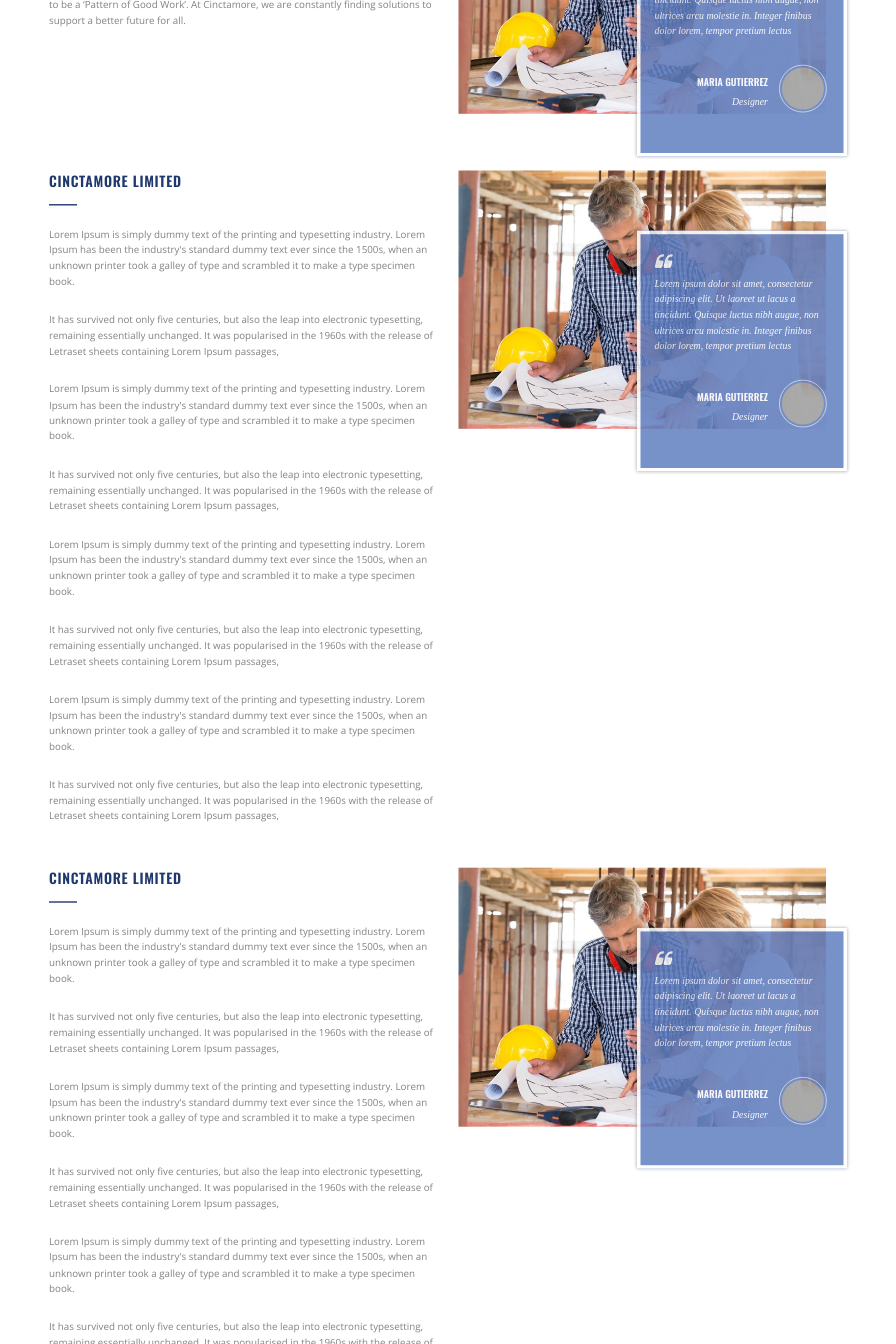
Repository: techieaccl/techieaccl.github.io
Page: about-us.html
These files come from the project's save history. The page is drawn as it stood at one moment and after the next save; the edit follows.
The browser window is 1280 px wide. The pictures show the part of the page from y = 591 to 2511 px (the page is 3313 px tall before and 2767 px after), at 70% of full size.
Pictures or frames that could not be fetched are drawn as grey boxes. Some web fonts or font styles are not loaded; a fallback is used.

Above is the page before, as saved 2021-09-08 20:39:14.

### about-us.html
<!DOCTYPE html>
<html>
    <head>
		<title>About Us</title>
		<meta charset="utf-8">
		<meta name="viewport" content="width=device-width, initial-scale=1.0, maximum-scale=1.0, user-scalable=no">
		<meta name="format-detection" content="telephone=no">
		<meta name="apple-mobile-web-app-capable" content="yes">
		<!-- Fonts-->
		<link rel="stylesheet" type="text/css" href="assets/fonts/fontawesome/font-awesome.min.css">
		<link rel="stylesheet" type="text/css" href="assets/fonts/pe-icon/pe-icon.css">
		<!-- Vendors-->
		<link rel="stylesheet" type="text/css" href="assets/vendors/bootstrap/grid.css">
		<link rel="stylesheet" type="text/css" href="assets/vendors/magnific-popup/magnific-popup.min.css">
		<link rel="stylesheet" type="text/css" href="assets/vendors/swiper/swiper.css">
		<!-- App & fonts-->
		<link rel="stylesheet" type="text/css" href="https://fonts.googleapis.com/css?family=Open+Sans:400,700|Oswald:400,600|Playfair+Display:400i">
		<link rel="stylesheet" type="text/css" href="assets/css/main.css"><!--[if lt IE 9]>
			<script src="https://oss.maxcdn.com/libs/html5shiv/3.7.0/html5shiv.js"></script>
		<![endif]-->
	</head>

    <body>
                <!-- preload -->
				<div class="preload" id="preload">
					<div class="cssload-spin-box"></div>
				</div><!-- End / preload -->


        <div class="page-wrap">
            <!-- header -->
			<header class="header header-fixheight header--fixed">
				<div class="container">
					<div class="header__inner">
						<div class="header-logo">
							<!-- <a href="home.html"><img src="assets/img/logo_white.png" alt=""/></a> -->
							<h1><strong>Cinctamore </strong></h1>
						</div>
						<!-- raising-menu -->
                        <ul class="raising-menu-generic">
                            <li><a href="index.html">Back To Home</a>
                            </li>
                        </ul><!-- raising-menu -->

					</div>
				</div>
			</header><!-- End / header -->

            <!-- Content-->
			<div class="md-content">

                <!-- Section -->
				<section class="md-section">
					<div class="container">
						<div class="row">
							<div class="col-lg-8 col-xs-offset-0 col-sm-offset-0 col-md-offset-0 col-lg-offset-2 ">

								<!-- sec-title -->
								<div class="sec-title sec-title__lg-title md-text-center">
									<br><br>
									<h2 class="sec-title__title">About Us</h2><span class="sec-title__divider"></span>
								</div><!-- End / sec-title -->

							</div>
						</div>
					</div>
				</section>

				<!-- Section -->
				<section class="md-section" style="background-color:#fff;padding:60px 0;">
					<div class="container">
						<div class="row">
							<div class="col-lg-6 ">
								<div class="mb-30">

									<!-- sec-title -->
									<div class="sec-title sec-title__lg-title">
										<h2 class="sec-title__title"><span>Our Name</span></h2><span class="sec-title__divider"></span>
									</div><!-- End / sec-title -->
									<p>Cinctamore - a combined word of “cincta (surrounded, encircled, crowned, girded, enclosed)” and “amore (love)” means “surrounded by love.”</p><br>
									<p>Our name reflects our belief that, the greatest of what is possible can only be achieved when what we do as a team is surrounded with love. In all we do, we strive to be a ‘Pattern of Good Work’.
									 <span>At Cinctamore, we are constantly finding solutions to support a better future for all. </span></span></p><br>
								</div>
							</div>
							<div class="col-lg-6 ">

								<!-- about -->
								<div class="about"><img src="assets/img/about/2.jpg" alt=""/>

									<!-- quote-02 -->
									<blockquote class="quote-02 about-quote">
										<p class="quote-02__text">Lorem ipsum dolor sit amet, consectetur adipiscing elit. Ut laoreet ut lacus a tincidunt. Quisque luctus nibh augue, non ultrices arcu molestie in. Integer finibus dolor lorem, tempor pretium lectus</p>

										<!-- authorbox -->
										<div class="authorbox">
											<div class="authorbox__avartar" style="background-image: url(https://unsplash.it/800);"><img src="https://unsplash.it/800" alt=""/></div>
											<div class="authorbox__info">
												<h5 class="authorbox__name">Maria Gutierrez</h5>
												<p class="authorbox__work">Designer</p>
											</div>
										</div><!-- End / authorbox -->

									</blockquote><!-- End / quote-02 -->

								</div><!-- End / about -->

							</div>
						</div>
						<div class="row">
							<div class="col-lg-6 ">
								<div class="mb-30">

									<!-- sec-title -->
									<div class="sec-title sec-title__lg-title">
										<h2 class="sec-title__title"><span>Cinctamore Limited</span></h2><span class="sec-title__divider"></span>
									</div><!-- End / sec-title -->

									<p>Lorem Ipsum is simply dummy text of the printing and typesetting industry. Lorem Ipsum has been the industry's standard dummy text ever since the 1500s, when an unknown printer took a galley of type and scrambled it to make a type specimen book.</p><br>
									<p>It has survived not only five centuries, but also the leap into electronic typesetting, remaining essentially unchanged. It was popularised in the 1960s with the release of Letraset sheets containing Lorem Ipsum passages,</p><br>
									<p>Lorem Ipsum is simply dummy text of the printing and typesetting industry. Lorem Ipsum has been the industry's standard dummy text ever since the 1500s, when an unknown printer took a galley of type and scrambled it to make a type specimen book.</p><br>
									<p>It has survived not only five centuries, but also the leap into electronic typesetting, remaining essentially unchanged. It was popularised in the 1960s with the release of Letraset sheets containing Lorem Ipsum passages,</p><br>
									<p>Lorem Ipsum is simply dummy text of the printing and typesetting industry. Lorem Ipsum has been the industry's standard dummy text ever since the 1500s, when an unknown printer took a galley of type and scrambled it to make a type specimen book.</p><br>
									<p>It has survived not only five centuries, but also the leap into electronic typesetting, remaining essentially unchanged. It was popularised in the 1960s with the release of Letraset sheets containing Lorem Ipsum passages,</p><br>
									<p>Lorem Ipsum is simply dummy text of the printing and typesetting industry. Lorem Ipsum has been the industry's standard dummy text ever since the 1500s, when an unknown printer took a galley of type and scrambled it to make a type specimen book.</p><br>
									<p>It has survived not only five centuries, but also the leap into electronic typesetting, remaining essentially unchanged. It was popularised in the 1960s with the release of Letraset sheets containing Lorem Ipsum passages,</p><br>
								</div>
							</div>
							<div class="col-lg-6 ">

								<!-- about -->
								<div class="about"><img src="assets/img/about/2.jpg" alt=""/>

									<!-- quote-02 -->
									<blockquote class="quote-02 about-quote">
										<p class="quote-02__text">Lorem ipsum dolor sit amet, consectetur adipiscing elit. Ut laoreet ut lacus a tincidunt. Quisque luctus nibh augue, non ultrices arcu molestie in. Integer finibus dolor lorem, tempor pretium lectus</p>

										<!-- authorbox -->
										<div class="authorbox">
											<div class="authorbox__avartar" style="background-image: url(https://unsplash.it/800);"><img src="https://unsplash.it/800" alt=""/></div>
											<div class="authorbox__info">
												<h5 class="authorbox__name">Maria Gutierrez</h5>
												<p class="authorbox__work">Designer</p>
											</div>
										</div><!-- End / authorbox -->

									</blockquote><!-- End / quote-02 -->

								</div><!-- End / about -->

							</div>
						</div>
						<div class="row">
							<div class="col-lg-6 ">
								<div class="mb-30">

									<!-- sec-title -->
									<div class="sec-title sec-title__lg-title">
										<h2 class="sec-title__title"><span>Cinctamore Limited</span></h2><span class="sec-title__divider"></span>
									</div><!-- End / sec-title -->

									<p>Lorem Ipsum is simply dummy text of the printing and typesetting industry. Lorem Ipsum has been the industry's standard dummy text ever since the 1500s, when an unknown printer took a galley of type and scrambled it to make a type specimen book.</p><br>
									<p>It has survived not only five centuries, but also the leap into electronic typesetting, remaining essentially unchanged. It was popularised in the 1960s with the release of Letraset sheets containing Lorem Ipsum passages,</p><br>
									<p>Lorem Ipsum is simply dummy text of the printing and typesetting industry. Lorem Ipsum has been the industry's standard dummy text ever since the 1500s, when an unknown printer took a galley of type and scrambled it to make a type specimen book.</p><br>
									<p>It has survived not only five centuries, but also the leap into electronic typesetting, remaining essentially unchanged. It was popularised in the 1960s with the release of Letraset sheets containing Lorem Ipsum passages,</p><br>
									<p>Lorem Ipsum is simply dummy text of the printing and typesetting industry. Lorem Ipsum has been the industry's standard dummy text ever since the 1500s, when an unknown printer took a galley of type and scrambled it to make a type specimen book.</p><br>
									<p>It has survived not only five centuries, but also the leap into electronic typesetting, remaining essentially unchanged. It was popularised in the 1960s with the release of Letraset sheets containing Lorem Ipsum passages,</p><br>
									<p>Lorem Ipsum is simply dummy text of the printing and typesetting industry. Lorem Ipsum has been the industry's standard dummy text ever since the 1500s, when an unknown printer took a galley of type and scrambled it to make a type specimen book.</p><br>
									<p>It has survived not only five centuries, but also the leap into electronic typesetting, remaining essentially unchanged. It was popularised in the 1960s with the release of Letraset sheets containing Lorem Ipsum passages,</p><br>
								</div>
							</div>
							<div class="col-lg-6 ">

								<!-- about -->
								<div class="about"><img src="assets/img/about/2.jpg" alt=""/>

									<!-- quote-02 -->
									<blockquote class="quote-02 about-quote">
										<p class="quote-02__text">Lorem ipsum dolor sit amet, consectetur adipiscing elit. Ut laoreet ut lacus a tincidunt. Quisque luctus nibh augue, non ultrices arcu molestie in. Integer finibus dolor lorem, tempor pretium lectus</p>

										<!-- authorbox -->
										<div class="authorbox">
											<div class="authorbox__avartar" style="background-image: url(https://unsplash.it/800);"><img src="https://unsplash.it/800" alt=""/></div>
											<div class="authorbox__info">
												<h5 class="authorbox__name">Maria Gutierrez</h5>
												<p class="authorbox__work">Designer</p>
											</div>
										</div><!-- End / authorbox -->

									</blockquote><!-- End / quote-02 -->

								</div><!-- End / about -->

							</div>
						</div>
					</div>
				</section>
				<!-- End / Section -->

				<!-- footer-01 -->
			<footer class="footer-01 md-skin-dark">
				<div class="footer-01__widget">
					<div class="container">
						<div class="row">
							<div class="col-md-6 col-lg-4 ">

								<!-- widget -->
								<section class="widget">

									<!-- sec-title -->
									<div class="sec-title">
										<h2 class="sec-title__title">about us</h2><span class="sec-title__divider"></span>
									</div><!-- End / sec-title -->

									<p>  Lorem ipsum dolor sit amet, consectetur adipisicing elit. Quis a rerum ratione aliquam placeat labore nemo itaque voluptas laudantium consequuntur ut quam, aperiam harum ipsam?</p>
								</section><!-- End / widget -->

							</div>

							<div class="col-md-6 col-lg-4 ">

								<!-- widget -->
								<section class="widget">

									<!-- sec-title -->
									<div class="sec-title">
										<h2 class="sec-title__title">Socials</h2><span class="sec-title__divider"></span>
									</div><!-- End / sec-title -->


									<!-- widget-gallery -->
									<div class="widget-gallery">
										<div class="widget-gallery__item"><a href="#" style="background-image: url('http://placehold.it/400x400');"><img src="http://placehold.it/400x400" alt=""/></a></div>
										<div class="widget-gallery__item"><a href="#" style="background-image: url('http://placehold.it/400x400');"><img src="http://placehold.it/400x400" alt=""/></a></div>
										<div class="widget-gallery__item"><a href="#" style="background-image: url('http://placehold.it/400x400');"><img src="http://placehold.it/400x400" alt=""/></a></div>
										<!-- <div class="widget-gallery__item"><a href="#" style="background-image: url('http://placehold.it/400x400');"><img src="http://placehold.it/400x400" alt=""/></a></div>
										<div class="widget-gallery__item"><a href="#" style="background-image: url('http://placehold.it/400x400');"><img src="http://placehold.it/400x400" alt=""/></a></div>
										<div class="widget-gallery__item"><a href="#" style="background-image: url('http://placehold.it/400x400');"><img src="http://placehold.it/400x400" alt=""/></a></div>
										<div class="widget-gallery__item"><a href="#" style="background-image: url('http://placehold.it/400x400');"><img src="http://placehold.it/400x400" alt=""/></a></div>
										<div class="widget-gallery__item"><a href="#" style="background-image: url('http://placehold.it/400x400');"><img src="http://placehold.it/400x400" alt=""/></a></div>
										<div class="widget-gallery__item"><a href="#" style="background-image: url('http://placehold.it/400x400');"><img src="http://placehold.it/400x400" alt=""/></a></div> -->
									</div><!-- End /  widget-gallery -->

								</section><!-- End / widget -->

							</div>
							<div class="col-lg-4 ">

								<!-- widget -->
								<section class="widget">

									<!-- sec-title -->
									<div class="sec-title">
										<h2 class="sec-title__title">working hours</h2><span class="sec-title__divider"></span>
									</div><!-- End / sec-title -->

									<p> Lorem ipsum dolor sit amet, consectetur</p>

									<!--  -->
									<div>
										<div class="widget-contact__item"><span class="widget-contact__title">Tel:</span>
											<p class="widget-contact__text">+44 1632 960948</p>
										</div>
										<div class="widget-contact__item"><span class="widget-contact__title">email:</span>
											<p class="widget-contact__text"><a href="#">info@awe7.com</a></p>
										</div>
										<div class="widget-contact__item"><span class="widget-contact__title">Working Hours</span>
											<p class="widget-contact__text">Mon - Sat: 9:00 - 18:00</p>
										</div>
									</div><!-- End /   -->

								</section><!-- End / widget -->

							</div>
						</div>
					</div>
				</div>

				<!-- copyright-01 -->
				<div class="copyright-01 md-text-center">
					<div class="container">
						<p class="copyright-01__copy">2021 &copy;. All rights Reserved.</p>
					</div>
				</div><!-- End / copyright-01 -->

			</footer><!-- End / footer-01 -->
            </div>
			<!-- End / Content-->
        </div>
    </body>
</html>

Loaded but not shown: assets/fonts/fontawesome/font-awesome.min.css (library); assets/fonts/pe-icon/pe-icon.css (common file); assets/vendors/bootstrap/grid.css (library); assets/vendors/magnific-popup/magnific-popup.min.css (library); assets/vendors/swiper/swiper.css (library); assets/css/main.css (4044 lines, source omitted)

After the next save:
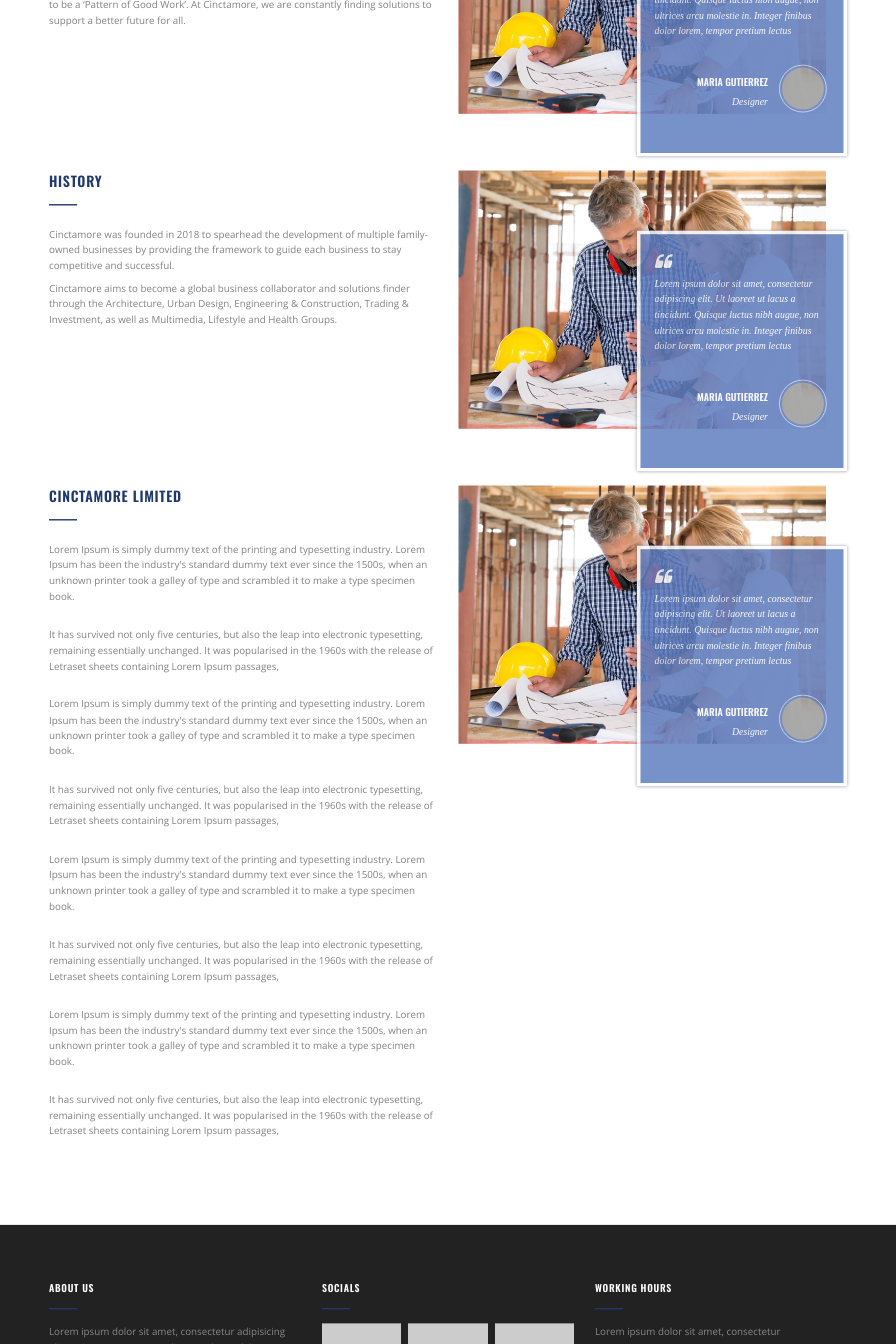
Saved 3 min 46 s later.
--- a/about-us.html
+++ b/about-us.html
@@ -112,17 +112,13 @@
 
 									<!-- sec-title -->
 									<div class="sec-title sec-title__lg-title">
-										<h2 class="sec-title__title"><span>Cinctamore Limited</span></h2><span class="sec-title__divider"></span>
-									</div><!-- End / sec-title -->
-
-									<p>Lorem Ipsum is simply dummy text of the printing and typesetting industry. Lorem Ipsum has been the industry's standard dummy text ever since the 1500s, when an unknown printer took a galley of type and scrambled it to make a type specimen book.</p><br>
-									<p>It has survived not only five centuries, but also the leap into electronic typesetting, remaining essentially unchanged. It was popularised in the 1960s with the release of Letraset sheets containing Lorem Ipsum passages,</p><br>
-									<p>Lorem Ipsum is simply dummy text of the printing and typesetting industry. Lorem Ipsum has been the industry's standard dummy text ever since the 1500s, when an unknown printer took a galley of type and scrambled it to make a type specimen book.</p><br>
-									<p>It has survived not only five centuries, but also the leap into electronic typesetting, remaining essentially unchanged. It was popularised in the 1960s with the release of Letraset sheets containing Lorem Ipsum passages,</p><br>
-									<p>Lorem Ipsum is simply dummy text of the printing and typesetting industry. Lorem Ipsum has been the industry's standard dummy text ever since the 1500s, when an unknown printer took a galley of type and scrambled it to make a type specimen book.</p><br>
-									<p>It has survived not only five centuries, but also the leap into electronic typesetting, remaining essentially unchanged. It was popularised in the 1960s with the release of Letraset sheets containing Lorem Ipsum passages,</p><br>
-									<p>Lorem Ipsum is simply dummy text of the printing and typesetting industry. Lorem Ipsum has been the industry's standard dummy text ever since the 1500s, when an unknown printer took a galley of type and scrambled it to make a type specimen book.</p><br>
-									<p>It has survived not only five centuries, but also the leap into electronic typesetting, remaining essentially unchanged. It was popularised in the 1960s with the release of Letraset sheets containing Lorem Ipsum passages,</p><br>
+										<h2 class="sec-title__title"><span>History </span></h2><span class="sec-title__divider"></span>
+									</div><!-- End / sec-title -->
+
+									<p>Cinctamore was founded in 2018 to spearhead the development of multiple family-owned
+									 businesses by providing the framework to guide each business to stay competitive and successful.</p>
+									<p>Cinctamore aims to become a global business collaborator and solutions finder through the Architecture,
+									 Urban Design, Engineering & Construction, Trading & Investment, as well as Multimedia, Lifestyle and Health Groups. </p>
 								</div>
 							</div>
 							<div class="col-lg-6 ">
